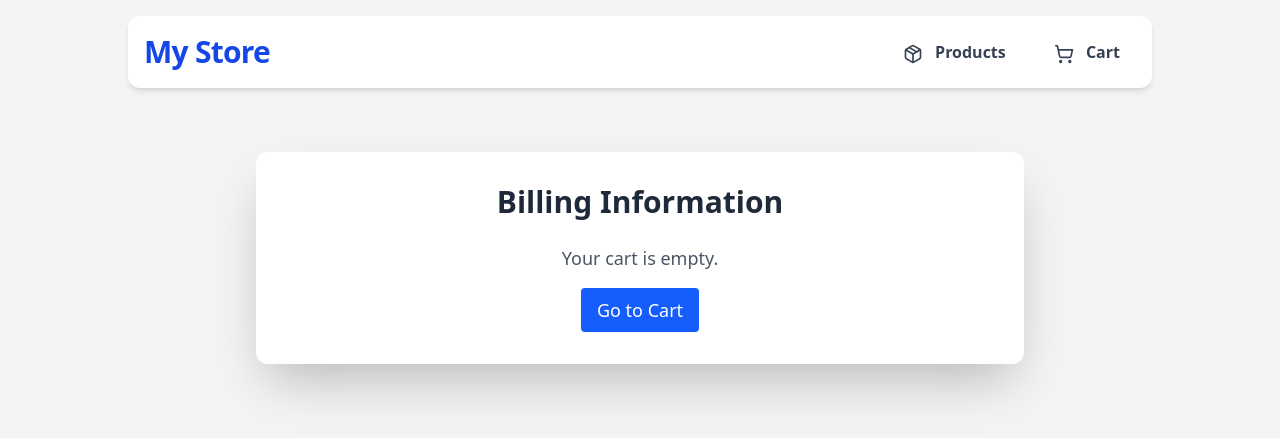
Repository: EphrahimLaanyu123/admin-panel
Page: /billing
An editor plug-in stored every save of this project. The page is shown before and after the next save, followed by the edit.
The browser window is 1280 px wide. The pictures show the whole page.
The page's requests for data from a server got no answer. The project was rebuilt for these pictures with package versions that can differ from the ones it lists, and the page was loaded fresh each time. No one was signed in, and anything a server would have sent is missing. Also part of the build but not shown: vite.config.js, src/components/Products.jsx, src/components/Cart.jsx, src/components/PaymentSuccess.jsx. Imported but missing from the stored project, and not drawn on this page: src/components/supabaseClient.

Above is the page before, as saved 2025-06-14 11:12:18.

After the next save:
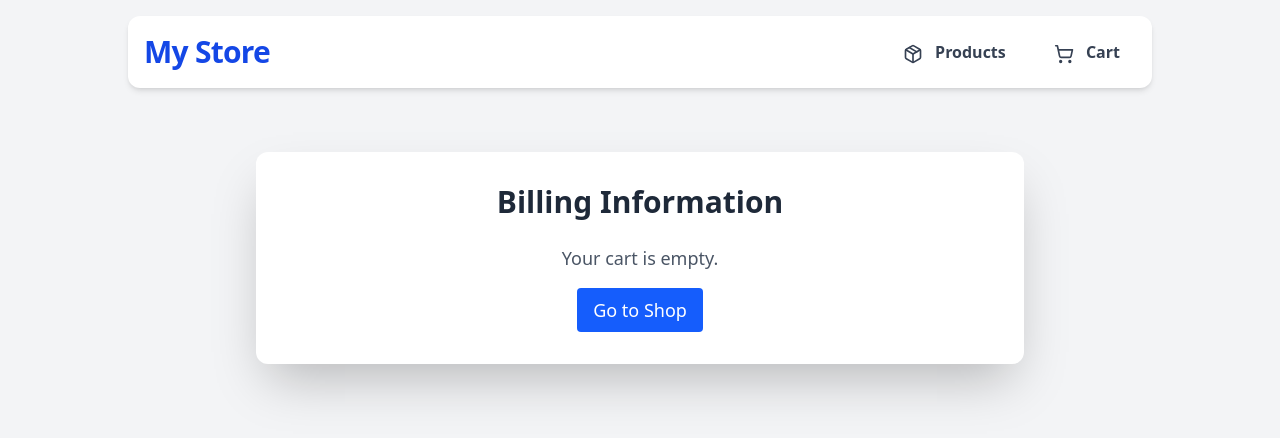
Saved 6 min 33 s later.
--- a/src/components/Billing.jsx
+++ b/src/components/Billing.jsx
@@ -1,6 +1,7 @@
 import React, { useState, useEffect } from 'react';
 import { useNavigate } from 'react-router-dom';
-import supabase from '../supabaseClient'; // Make sure the path is correct
+import supabase from './supabaseClient'; // Make sure the path is correct
+import { v4 as uuidv4 } from 'uuid'; // Import uuid for generating unique IDs
 
 function Billing({ cart, products }) {
   const navigate = useNavigate();
@@ -18,7 +19,7 @@
     line1: '',
     city: '',
     description: 'Online Store Purchase',
-    callbackUrl: 'http://localhost:5173/payment-success',
+    callbackUrl: 'http://localhost:5173/payment-success', // Base callback URL
   });
 
   const [isLoading, setIsLoading] = useState(false);
@@ -31,8 +32,8 @@
       setIpnError('');
       try {
         const ipnPayload = {
-          url: 'http://localhost:5000/pesapal-ipn-listener',
-          ipn_notification_type: 'GET',
+          url: 'http://localhost:5000/pesapal-ipn-listener', // This URL should be accessible by Pesapal
+          ipn_notification_type: 'GET', // Or POST, depending on your listener setup
         };
 
         const response = await fetch('http://localhost:5000/register_ipn_combined', {
@@ -99,11 +100,18 @@
       }
     }
 
+    // Generate a unique order_id for this transaction
+    const uniqueOrderId = uuidv4();
+
+    // Construct the callback URL with the uniqueOrderId as OrderMerchantReference
+    const callbackUrlWithRef = `${paymentDetails.callbackUrl}?OrderMerchantReference=${uniqueOrderId}`;
+
     const payload = {
+      id: uniqueOrderId, // Pesapal transaction ID, using our unique order ID
       amount: parseFloat(totalCartPrice.toFixed(2)),
       currency: 'KES',
       description: paymentDetails.description,
-      callback_url: paymentDetails.callbackUrl,
+      callback_url: callbackUrlWithRef, // Use the updated callback URL
       notification_id: fetchedNotificationId,
       first_name: paymentDetails.firstName,
       last_name: paymentDetails.lastName,
@@ -115,9 +123,10 @@
     };
 
     try {
-      // 1. Save order to Supabase
-      const { error: supabaseError } = await supabase.from('orders').insert([
+      // 1. Save initial order to Supabase with the generated unique ID
+      const { error: supabaseInsertError } = await supabase.from('orders').insert([
         {
+          order_id: uniqueOrderId, // Store the unique ID in your database
           email: paymentDetails.email,
           phone: paymentDetails.phone,
           first_name: paymentDetails.firstName,
@@ -129,15 +138,17 @@
           currency: payload.currency,
           description: payload.description,
           cart_items: JSON.stringify(cart),
+          payment_status: 'PENDING', // Set initial status as PENDING
           created_at: new Date().toISOString(),
+          updated_at: new Date().toISOString(),
         },
       ]);
 
-      if (supabaseError) {
-        throw new Error(`Supabase insert failed: ${supabaseError.message}`);
-      }
-
-      // 2. Proceed with Pesapal payment
+      if (supabaseInsertError) {
+        throw new Error(`Supabase order insert failed: ${supabaseInsertError.message}`);
+      }
+
+      // 2. Proceed with Pesapal payment submission via backend
       const response = await fetch('http://localhost:5000/submit_order', {
         method: 'POST',
         headers: { 'Content-Type': 'application/json' },
@@ -152,20 +163,22 @@
       const data = await response.json();
       if (data.redirect_url) {
         setSuccessMessage('Redirecting to Pesapal...');
+        // Redirect the user to Pesapal for payment
         window.location.href = data.redirect_url;
       } else {
-        setErrorMessage('Payment initiation failed: No redirect URL.');
+        setErrorMessage('Payment initiation failed: No redirect URL from Pesapal.');
       }
     } catch (error) {
-      console.error('Payment Error:', error);
+      console.error('Payment Initiation Error:', error);
       setErrorMessage(error.message);
+      // Optional: If order insertion failed, you might want to clean up or rollback
     } finally {
       setIsLoading(false);
     }
   };
 
   return (
-    <main className="w-full max-w-3xl bg-white p-8 rounded-xl shadow-2xl mx-auto my-8">
+    <main className="w-full max-w-3xl bg-white p-8 rounded-xl shadow-2xl mx-auto my-8 font-inter">
       <h2 className="text-3xl font-bold text-gray-800 mb-6 text-center">Billing Information</h2>
 
       {cart.length === 0 ? (
@@ -176,7 +189,7 @@
             onClick={() => navigate('/')}
             className="mt-4 py-2 px-4 bg-blue-600 text-white rounded hover:bg-blue-700"
           >
-            Go to Cart
+            Go to Shop
           </button>
         </p>
       ) : (
